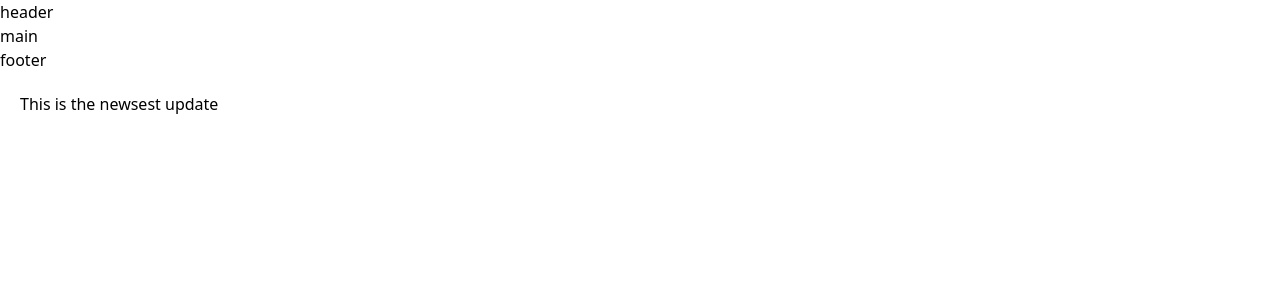
Repository: emorilebo/curiosityxploring-site
Page: /
An editor plug-in stored every save of this project. The page is shown before and after a run of saves, followed by the edit.
The browser window is 1280 px wide. The pictures show the whole page.
The project was rebuilt for these pictures with package versions that can differ from the ones it lists, and the page was loaded fresh each time. The framework's server and built-in components were replaced by stand-ins that run in the browser. Also part of the build but not shown: next.config.js.

Above is the page before, as saved 2022-12-11 16:19:38.

After the next 2 saves:
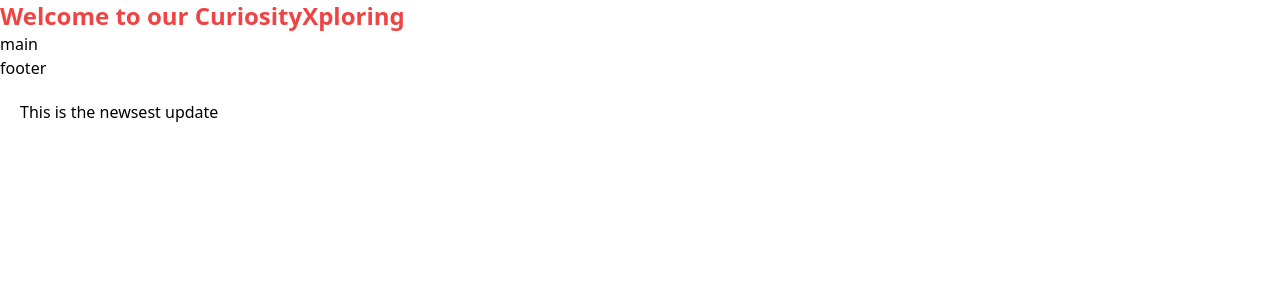
The 2 saves are shown as one change because 1 did not build or start.
The last was saved 12 s later.
--- a/components/Layout.jsx
+++ b/components/Layout.jsx
@@ -12,7 +12,9 @@
         <link rel="icon" href="/favicon.ico" />
       </Head>
         <div>
-            <header>header</header>
+            <header><h1 className="text-red-500 font-bold text-2xl">
+        Welcome to our CuriosityXploring
+      </h1></header>
             <main>main</main>
             <footer>footer</footer>
         </div>
